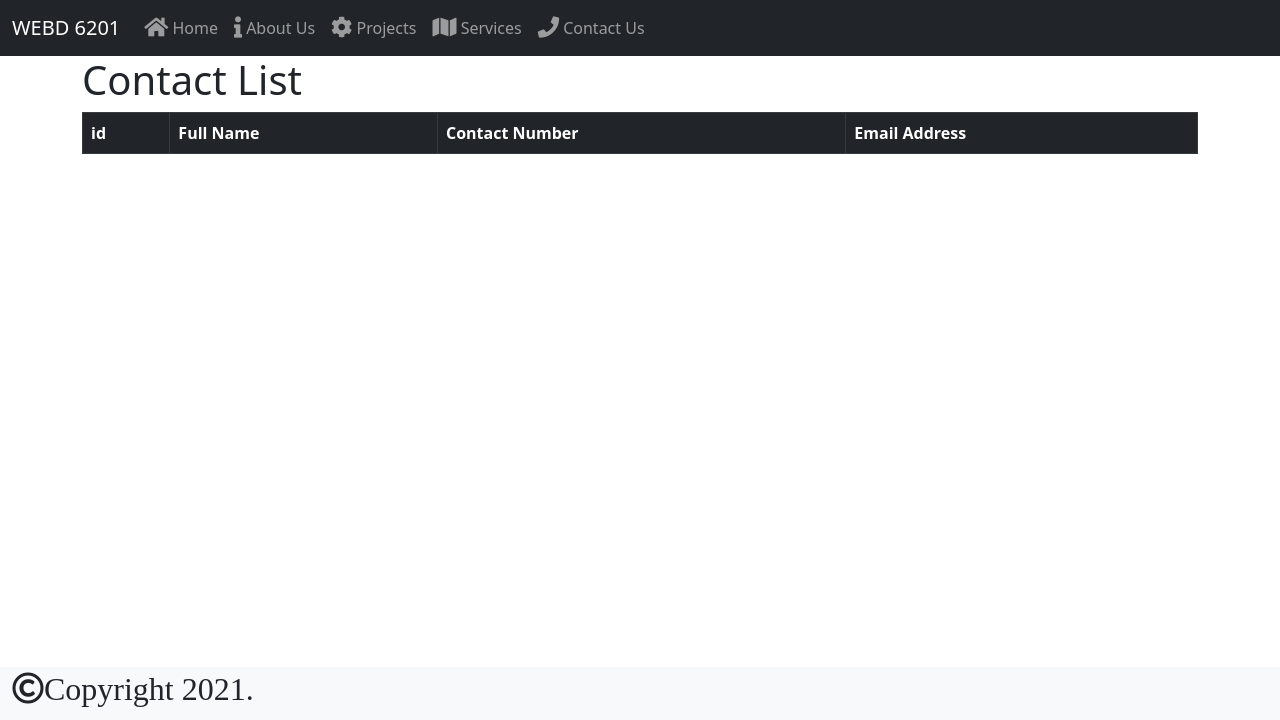
Repository: vans12345678/WEBD6201-W2021-Week3
Page: contact-list.html
An editor plug-in stored every save of this project. The page is shown before and after the next save, followed by the edit.
The browser window is 1280 px wide. The pictures show the whole page.

Above is the page before, as saved 2021-01-28 18:51:42.

After the next save:
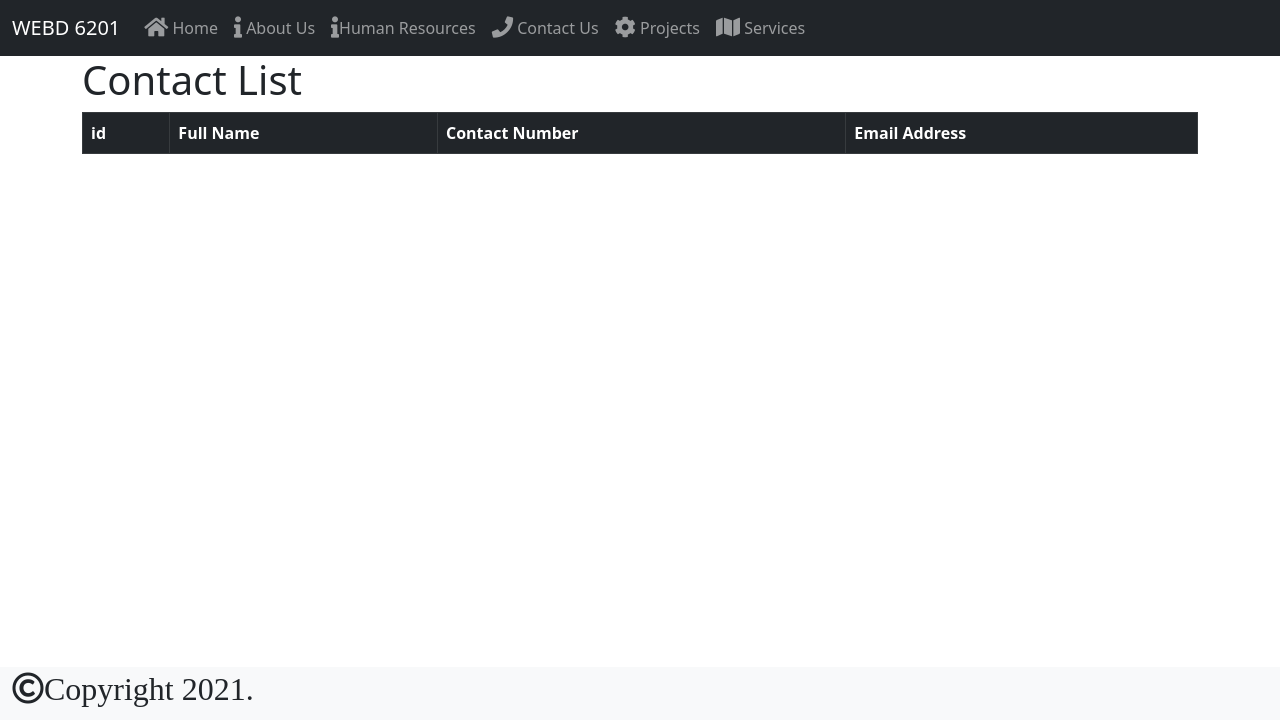
Saved 2 min 32 s later.
--- a/contact-list.html
+++ b/contact-list.html
@@ -31,15 +31,17 @@
                   </li>
 
                   <li class="nav-item">
-                    <a class="nav-link" aria-current="page" href="projects.html"><i class="fas fa-cog fa-lg"></i> Projects</a>
-                  </li>
-
-                  <li class="nav-item">
-                    <a class="nav-link" aria-current="page" href="services.html"><i class="fas fa-map fa-lg"></i> Services</a>
+                    <a class="nav-link" aria-current="page" href="human-resources.html"><i class="fas fa-info fa-lg"></i>Human Resources</a>
                   </li>
 
                   <li class="nav-item">
                     <a class="nav-link" aria-current="page" href="contact.html"><i class="fas fa-phone fa-lg"></i> Contact Us</a>
+                  </li>
+                  <li class="nav-item">
+                    <a class="nav-link" aria-current="page" href="projects.html"><i class="fas fa-cog fa-lg"></i> Projects</a>
+                  </li>
+                  <li class="nav-item">
+                    <a class="nav-link" aria-current="page" href="services.html"><i class="fas fa-map fa-lg"></i> Services</a>
                   </li>
                 </ul>
               </div>
